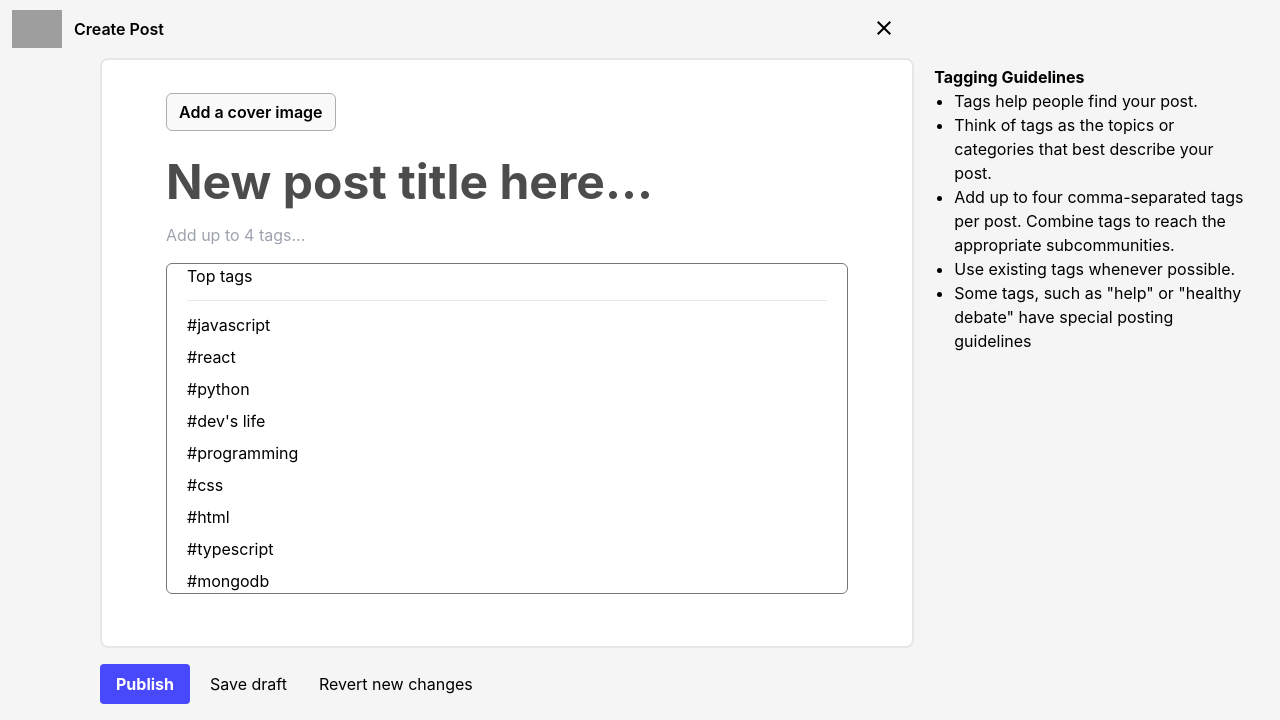
Repository: dat-nguyen-2001/Dev.to
Page: /new (app in client/)
An editor plug-in stored every save of this project. The page is shown before and after a run of saves, followed by the edit.
The browser window is 1280 px wide. The pictures show the whole page.
Pictures or frames that could not be fetched are drawn as grey boxes. The project was rebuilt for these pictures with package versions that can differ from the ones it lists, and the page was loaded fresh each time. Also part of the build but not shown: client/src/components/Footer.tsx, client/src/components/nav/GuestNav.tsx, client/src/components/nav/NavBar.tsx, client/src/components/Layout.tsx, client/src/pages/about.tsx, client/src/components/SignInForm.tsx, client/src/components/SignInPlatform.tsx, client/src/pages/enter.tsx and 1 more.

Above is the page before, as saved 2022-09-25 12:00:44.

### client/public/index.html
<!DOCTYPE html>
<html lang="en">
  <head>
    <meta charset="utf-8" />
    <link rel="icon" href="%PUBLIC_URL%/dev.to-icon.png" />
    <meta name="viewport" content="width=device-width, initial-scale=1" />
    <meta name="theme-color" content="#000000" />
    <meta
      name="description"
      content="Web site created using create-react-app"
    />
  </head>
  <body>
    <noscript>You need to enable JavaScript to run this app.</noscript>
    <div id="root"></div>
  </body>
</html>

### client/src/index.tsx
import React from 'react';
import ReactDOM from 'react-dom/client';
import './index.css';
import App from './App';
import reportWebVitals from './reportWebVitals';

const root = ReactDOM.createRoot(
  document.getElementById('root') as HTMLElement
);
root.render(
  <React.StrictMode>
      <App />
  </React.StrictMode>
);

// If you want to start measuring performance in your app, pass a function
// to log results (for example: reportWebVitals(console.log))
// or send to an analytics endpoint. Learn more: https://bit.ly/CRA-vitals
reportWebVitals();

### client/src/index.css
@tailwind base;
@tailwind components;
@tailwind utilities;

body {
  margin: 0;
  font-family: -apple-system, BlinkMacSystemFont, 'Segoe UI', 'Roboto', 'Oxygen',
    'Ubuntu', 'Cantarell', 'Fira Sans', 'Droid Sans', 'Helvetica Neue',
    sans-serif;
  -webkit-font-smoothing: antialiased;
  -moz-osx-font-smoothing: grayscale;
  background-color: #f5f5f5;
}

code {
  font-family: source-code-pro, Menlo, Monaco, Consolas, 'Courier New',
    monospace;
}


.space-between {
  justify-content: space-between;
}

.icon {
  @apply w-9 h-9 hover:text-[blue]/70 hover:bg-[#e2e3f3] text-center cursor-pointer rounded py-1
}

/* make words between a line */

.linedWord::before, .linedWord::after {
  content: "";
  flex: 1 1;
  border-bottom : 1px solid black;
  margin: auto
}

.linedWord::before {
  margin-right: 5px
}

.linedWord::after {
  margin-left: 5px
}

.registerInput {
  @apply h-[40px] border-[1px] rounded pl-1
}

### client/src/App.tsx
import {
  BrowserRouter as Router,
  Routes,
  Route,
} from 'react-router-dom';

import AboutPage from './pages/about';
import SignIn from './pages/enter';
import HomePage from './pages/home';
import New from './pages/new';

function App() {
  return (<Router>
    <Routes>
    <Route path='/' element={< HomePage />}></Route>
      <Route path='/about' element={< AboutPage />}></Route>
      <Route path='/enter' element={< SignIn />}></Route>
      <Route path='/new' element={< New />}></Route>
    </Routes>
  </Router>

  );
}

export default App;

### client/src/pages/new.tsx
import ClearIcon from '@mui/icons-material/Clear';
import FormatListNumberedIcon from '@mui/icons-material/FormatListNumbered';
import FormatListBulletedIcon from '@mui/icons-material/FormatListBulleted';
import FormatBoldIcon from '@mui/icons-material/FormatBold';
import FormatItalicIcon from '@mui/icons-material/FormatItalic';
import ImageIcon from '@mui/icons-material/Image';
import AttachmentIcon from '@mui/icons-material/Attachment';
import MoreVertIcon from '@mui/icons-material/MoreVert';
import FormatQuoteIcon from '@mui/icons-material/FormatQuote';
import CodeIcon from '@mui/icons-material/Code';
import BoltIcon from '@mui/icons-material/Bolt';
import { useEffect, useState } from 'react';

const New = () => {

    //Handle creating new article
    const createArticle = () => {
        console.log('created!')
    }

    //Preview image uploaded by user
    const [url, setUrl] = useState<string>('')
    const handlePreviewImage = (e: any) => {
        const file = e.target.files[0];
        const url = URL.createObjectURL(file);
        setUrl(url)
    }

    //Handle tags
    const tags = ["javascript", "react", "python", "dev's life", "programming", "css", "html", "typescript", "mongodb"]

    // Resize textarea when typing
    const textarea = document.querySelector('textarea');
    const handleResize = (e: any) => {
        const area = e.target;
        area.style.height = "auto";
        area.style.height = area.scrollHeight + "px";
    }
    if (textarea !== null) {
        textarea.addEventListener('input', handleResize)
    }


    return (
        <div className='md:grid grid-cols-4 bg-[#f5f5f5] lg:grid-cols-7 2xl:pl-[100px]'>
            <div className='flex flex-col content-center h-screen col-span-3 lg:col-span-5'>
                <div className='h-[8vh] flex items-center space-between px-3'>
                    <div className='flex items-center space-x-3'>
                        <a href='/' className='hidden md:inline'>
                            <img src="https://dev-to-uploads.s3.amazonaws.com/uploads/logos/resized_logo_UQww2soKuUsjaOGNB38o.png" width={50} className="cursor-pointer" />
                        </a>
                        <p className='font-semibold'>Create Post</p>
                    </div>
                    <div className='icon'>
                        <a href='/'>
                            <ClearIcon />
                        </a>
                    </div>
                </div>
                <div className='overflow-y-auto bg-white h-[82vh] border-[2px] rounded-lg flex flex-col py-3 md:py-10 px-2 md:px-16 space-y-5 lg:ml-[100px]'>
                    <form>
                        <input type="file" name='file' id='file' onChange={handlePreviewImage} className='w-0 h-0 opacity-0 overflow-hidden absolute z-[-1] ' />
                        <label htmlFor='file' className='bg-[#f9f9f9] font-semibold px-3 py-2 cursor-pointer rounded-md border-black/30 border-[1.5px]'>Add a cover image</label>
                    </form>

                    {/* preview image */}
                    {url !== "" &&
                        <div className='flex items-center space-x-10'>
                            <img src={url} width={200} />
                            <button className='text-lg px-3 py-1 text-[red] hover:bg-[#eeeeee] rounded-md' onClick={() => setUrl('')}>Remove</button>
                        </div>}

                    <form>
                        <input placeholder='New post title here...' className='text-3xl md:text-4xl lg:text-5xl w-full h-[130%] outline-none font-bold placeholder-black/70' />
                    </form>
                    <form className='relative'>
                        <input placeholder='Add up to 4 tags...' className='w-full outline-none' />
                        <div className='z-[100] absolute top-10 flex flex-col space-y-3 px-5 bg-white w-full border-[.1em] border-solid border-[#777] rounded-md'>
                            <h2>Top tags</h2>
                            <hr></hr>
                            <ul className='flex flex-col space-y-2'>
                                {tags.map(tag => (
                                    <li key={tag}>#{tag}</li>
                                ))}
                            </ul>
                        </div>
                    </form>
                    <div className='bg-[#f9f9f9] w-full'>
                        <div className='flex space-between py-4 px-2 '>
                            <div className='flex space-x-3'>
                                <div className='icon'>
                                    <FormatBoldIcon />
                                </div>
                                <div className='icon'>
                                    <FormatItalicIcon />
                                </div>
                                <div className='icon hidden sm:inline'>
                                    <AttachmentIcon />
                                </div>
                                <div className='icon'>
                                    <FormatListNumberedIcon />
                                </div>
                                <div className='icon'>
                                    <FormatListBulletedIcon />
                                </div>
                                <div className='icon hidden md:inline'>
                                    <FormatQuoteIcon />
                                </div>
                                <div className='icon hidden md:inline'>
                                    <CodeIcon />
                                </div>
                                <div className='icon hidden md:inline'>
                                    <BoltIcon />
                                </div>
                                <div className='icon'>
                                    <ImageIcon />
                                </div>
                            </div>
                            <div className='icon'>
                                <MoreVertIcon />
                            </div>
                        </div>

                    </div>
                    <div className='w-full'>
                        <textarea placeholder='Write your post content here...' className='outline-none text-lg w-full' />
                    </div>
                </div>
                <div className='h-[10vh] flex items-center px-3 space-x-2 lg:ml-[100px] lg:px-0'>
                    <button className='px-4 py-2 rounded bg-[blue]/70 hover:bg-[blue] text-white font-bold text-base' onClick={createArticle}>Publish</button>
                    <button className='px-3 py-2 rounded hover:text-[blue]/70 hover:bg-[#e2e3f3]'>Save draft</button>
                    <button className='hidden sm:inline px-3 py-2 rounded hover:text-[blue]/70 hover:bg-[#e2e3f3] text-md'>Revert new changes</button>
                </div>
            </div>

            <div className='hidden md:inline col-span-1 lg:col-span-2 h-[82vh] my-auto px-2 lg:px-5 md:mr-4'>
                <h1 className='font-bold'>Tagging Guidelines</h1>
                <ul className='text-[14px] lg:text-base list-disc pl-5 '>
                    <li>Tags help people find your post.</li>
                    <li>Think of tags as the topics or categories that best describe your post.</li>
                    <li>Add up to four comma-separated tags per post. Combine tags to reach the appropriate subcommunities.</li>
                    <li>Use existing tags whenever possible.</li>
                    <li>Some tags, such as "help" or "healthy debate" have special posting guidelines</li>
                </ul>
            </div>

        </div>
    )
}

export default New

Loaded but not shown: client/src/reportWebVitals.ts (common file); client/tailwind.config.js (common file)

After the next 6 saves:
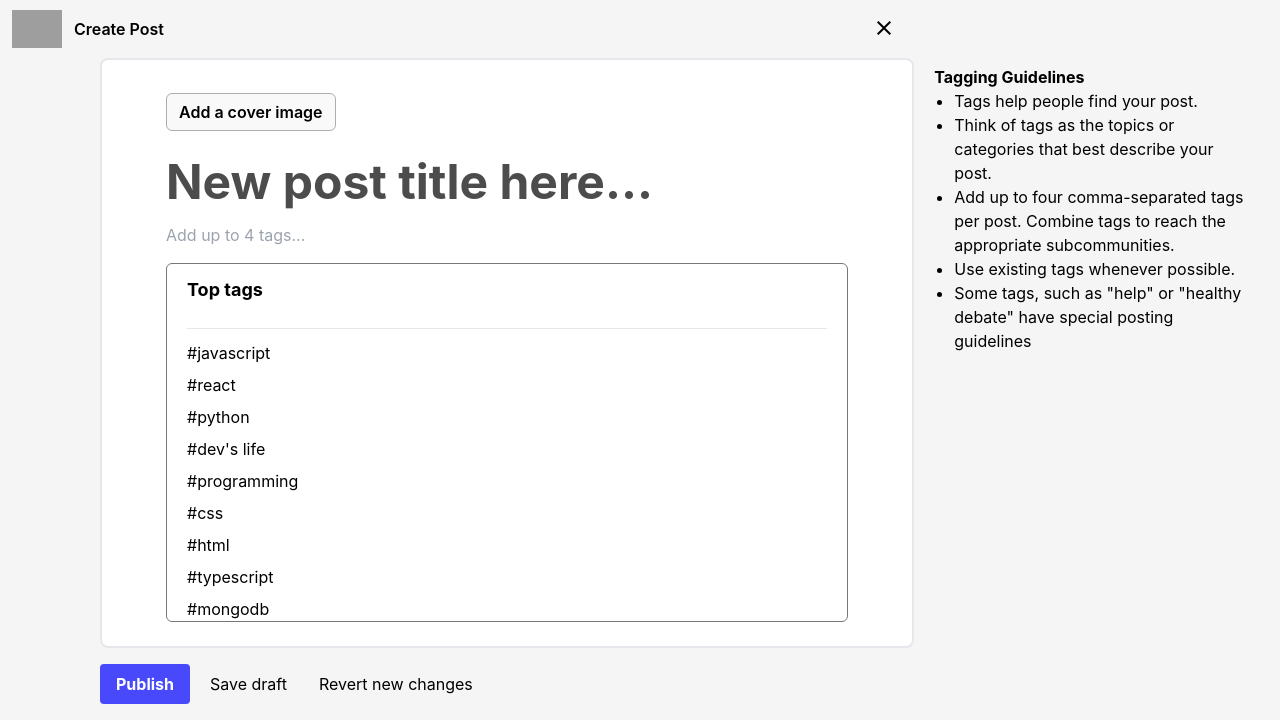
The 6 saves are shown as one change because they came seconds apart.
The last was saved 21 s later.
--- a/client/src/pages/new.tsx
+++ b/client/src/pages/new.tsx
@@ -76,7 +76,7 @@ const New = () => {
                     <form className='relative'>
                         <input placeholder='Add up to 4 tags...' className='w-full outline-none' />
                         <div className='z-[100] absolute top-10 flex flex-col space-y-3 px-5 bg-white w-full border-[.1em] border-solid border-[#777] rounded-md'>
-                            <h2>Top tags</h2>
+                            <h2 className='text-lg font-bold py-3'>Top tags</h2>
                             <hr></hr>
                             <ul className='flex flex-col space-y-2'>
                                 {tags.map(tag => (
